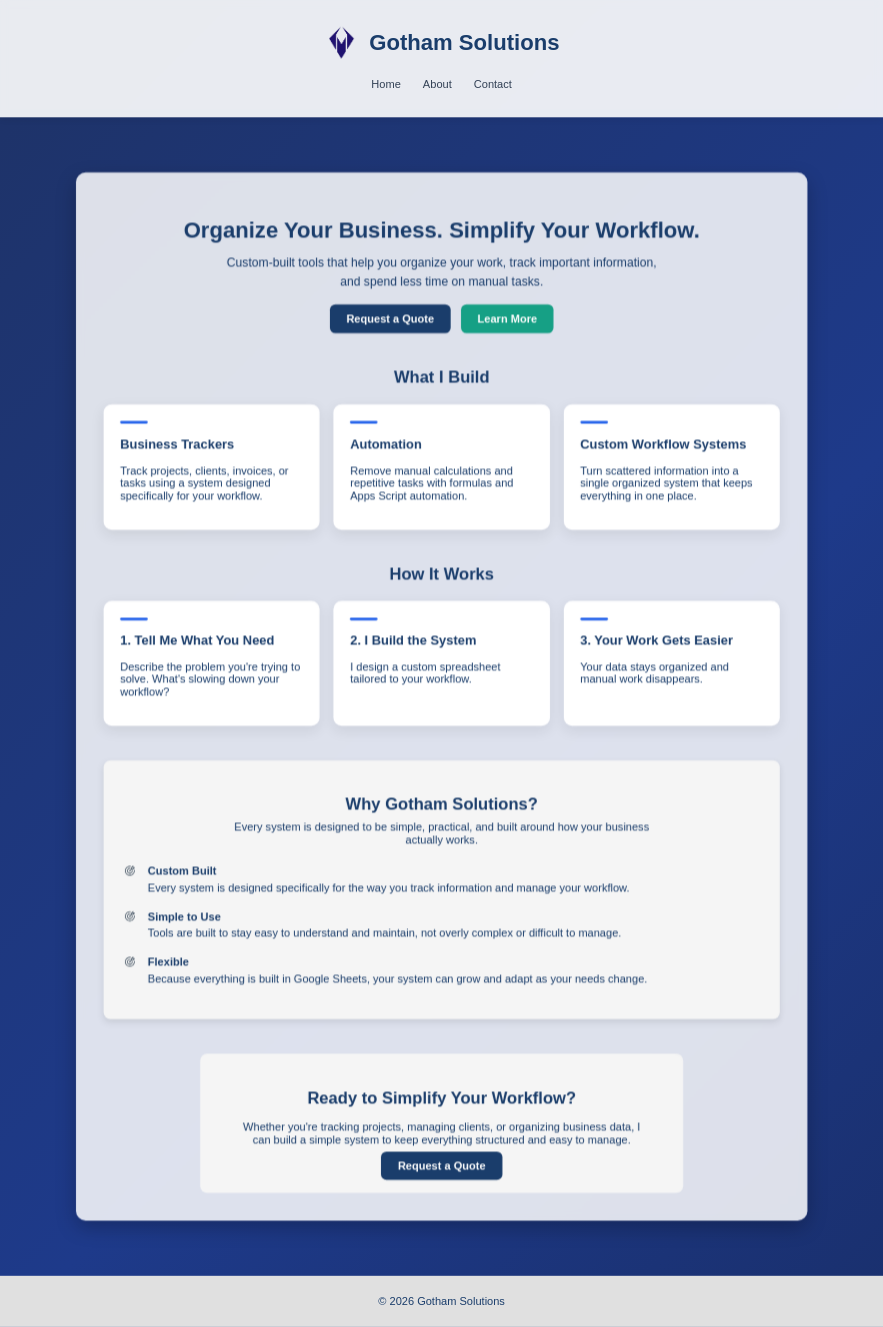
Repository: kmm569/gothamsolutions
Page: index.html
These files come from the project's save history. The page is drawn as it stood at one moment and after the next save; the edit follows.
The browser window is 1280 px wide. The pictures show the whole page, at 69% of full size.

Above is the page before, as saved 2026-03-08 03:23:39.

### index.html
<!DOCTYPE html>
<html lang="en">

<head>

<meta charset="UTF-8">
<meta name="viewport" content="width=device-width, initial-scale=1.0">

<title>Gotham Solutions</title>

<link rel="stylesheet" href="styles.css">
<link rel="icon" href="./icons/favicon.ico">
</head>

<body>

<header>

	<div class="logo-container">
		<img src="LogoSolo.png" alt="Gotham Solutions Logo" class="logo">
		<h1>Gotham Solutions</h1>
	</div>

	<nav>
		<ul>
			<li><a href="index.html" class="nav-link">Home</a></li>
			<li><a href="about.html" class="nav-link">About</a></li>
			<li><a href="contact.html" class="nav-link">Contact</a></li>
		</ul>
	</nav>

</header>

<main>
<div class="content-wrapper">
<section class="hero">

	<h2>Organize Your Business. Simplify Your Workflow.</h2>

	<p class="hero-text">
	Custom-built tools that help you organize your work, track important information, and spend less time on manual tasks.
	</p>

	<div class="hero-buttons">

		<a href="contact.html" class="button-primary">
			Request a Quote
		</a>

		<a href="about.html" class="button-secondary">
			Learn More
		</a>

	</div>

</section>


<section class="services">

	<h2>What I Build</h2>

	<div class="service-grid">

		<div class="service-card">
			<h3>Business Trackers</h3>
			<p>
			Track projects, clients, invoices, or tasks using a system designed specifically for your workflow.
			</p>
		</div>

		<div class="service-card">
			<h3>Automation</h3>
			<p>
			Remove manual calculations and repetitive tasks with formulas and Apps Script automation.
			</p>
		</div>

		<div class="service-card">
			<h3>Custom Workflow Systems</h3>
			<p>
			Turn scattered information into a single organized system that keeps everything in one place.
			</p>
		</div>

	</div>

</section>


<section class="process">

	<h2>How It Works</h2>

	<div class="process-grid">

		<div class="process-step">
			<h3>1. Tell Me What You Need</h3>
			<p>
			Describe the problem you're trying to solve. What's slowing down your workflow?
			</p>
		</div>

		<div class="process-step">
			<h3>2. I Build the System</h3>
			<p>
			I design a custom spreadsheet tailored to your workflow.
			</p>
		</div>

		<div class="process-step">
			<h3>3. Your Work Gets Easier</h3>
			<p>
			Your data stays organized and manual work disappears.
			</p>
		</div>

	</div>

</section>

<section class="why-section">
		<h2>Why Gotham Solutions?</h2>

<p>
Every system is designed to be simple, practical, and built around how your business actually works.
</p>

<ul class="about-points">

<li>
<strong>Custom Built</strong><br>
Every system is designed specifically for the way you track information and manage your workflow.
</li>

<li>
<strong>Simple to Use</strong><br>
Tools are built to stay easy to understand and maintain, not overly complex or difficult to manage.
</li>

<li>
<strong>Flexible</strong><br>
Because everything is built in Google Sheets, your system can grow and adapt as your needs change.
</li>

</ul>
	</section>

<section class="cta">

	<h2>Ready to Simplify Your Workflow?</h2>

	<p>
	Whether you're tracking projects, managing clients, or organizing business data, I can build a simple system to keep everything structured and easy to manage.
	</p>

	<a href="contact.html" class="button-primary">
		Request a Quote
	</a>

</section>


</div>
</main>


<footer>
	<p>&copy; 2026 Gotham Solutions</p>
</footer>


<script>

const params = new URLSearchParams(window.location.search);

if (params.has("template")) {
	sessionStorage.setItem("template", params.get("template"));
}

if (params.has("source")) {
	sessionStorage.setItem("source", params.get("source"));
}

const header = document.querySelector("header");
const hero = document.querySelector(".hero");

window.addEventListener("scroll", () => {

	const trigger = hero.offsetTop + hero.offsetHeight - 120;

	if (window.scrollY > trigger) {
		header.classList.add("scrolled");
	} else {
		header.classList.remove("scrolled");
	}

});
</script>
</body>
</html>

### styles.css
*,
*::before,
*::after{
	box-sizing:border-box;
}

body{
	background:#ffffff;
	color:#1A3D6B;
	font-family:Arial, sans-serif;
	margin:0;
	padding:0;
	display:flex;
	flex-direction:column;
	min-height:100vh;
}

header{
	position:sticky;
	top:0;
	z-index:100;

	transition:padding 0.25s ease;
}

/* logo animation */
.logo-container{
	overflow:hidden;
	transition:
		max-height 0.25s ease,
		opacity 0.2s ease,
		transform 0.25s ease;
}

/* default visible logo height */
.logo-container{
	max-height:120px;
}

/* compact header when scrolling */
header.scrolled{
	padding:10px 20px;
	box-shadow:0 6px 18px rgba(0,0,0,0.15);
}

/* hide logo smoothly */
header.scrolled .logo-container{
	max-height:0;
	opacity:0;
	transform:translateY(-10px);
}

header{
	display:flex;
	flex-direction:column;
	align-items:center;

	padding:22px 20px;

	background:rgba(255,255,255,0.9);
	backdrop-filter:blur(6px);

	box-shadow:0 2px 10px rgba(0,0,0,0.08);
}
@media (max-width:600px){

	header{
		padding:16px 12px;
	}

}

.logo-container{
	display:flex;
	align-items:center;
	gap:14px;
}

.logo{
	height:52px;
}

nav ul{
	display:flex;
	gap:32px;

	list-style:none;
	padding:0;
	margin-top:12px;
}

.nav-link{
	text-decoration:none;

	color:#334155;
	font-weight:500;

	position:relative;

	transition:color 0.2s ease;
}

.nav-link:hover{
	color:#2563eb;
}

.nav-link::after{
	content:"";

	position:absolute;
	left:0;
	bottom:-4px;

	width:0;
	height:2px;

	background:#2563eb;

	transition:width 0.2s ease;
}

.nav-link:hover::after{
	width:100%;
}

main{
	flex:1;
	padding:40px 20px;
	width:100%;
	max-width:1100px;
	margin:0 auto;
}


/* HERO */

.hero{
	text-align:center;
	margin-bottom:50px;
}

.hero h2{
	font-size:2em;
	margin-bottom:15px;
}

.hero-text{
	max-width:650px;
	margin:auto;
	font-size:1.1em;
	line-height:1.5;
}

@media (max-width:600px){

	.hero-text{
		max-width:100%;
		padding:0 6px;
	}

}

.hero-buttons{
	margin-top:20px;
	display:flex;
	gap:15px;
	justify-content:center;
	flex-wrap:wrap;
}


/* BUTTONS */

.button-primary{
	background:#1A3D6B;
	color:white;
	padding:12px 24px;
	border-radius:8px;
	text-decoration:none;
	font-weight:bold;
}

.button-secondary{
	background:#16A085;
	color:white;
	padding:12px 24px;
	border-radius:8px;
	text-decoration:none;
	font-weight:bold;
}

@media (max-width:600px){

	.button-primary,
	.button-secondary{
		padding:10px 18px;
		font-size:0.95em;
	}

}


/* SERVICES */

.services{
	margin-bottom:50px;
}

.services h2{
	text-align:center;
	margin-bottom:25px;
}

.service-grid{
	display:grid;
	grid-template-columns:repeat(auto-fit,minmax(220px,1fr));
	gap:20px;
}

@media (max-width:600px){

	.service-grid{
		grid-template-columns:1fr;
		gap:18px;
	}

}

.service-card{
	background:#F5F5F5;
	padding:20px;
	border-radius:10px;
	box-shadow:0 4px 10px rgba(0,0,0,0.1);
}


/* PROCESS */

.process{
	margin-bottom:20px;
}

.process h2{
	text-align:center;
	margin-bottom:25px;
}

.process-grid{
	display:grid;
	grid-template-columns:repeat(auto-fit,minmax(220px,1fr));
	gap:20px;
}

.process-step{
	background:#F5F5F5;
	padding:20px;
	border-radius:10px;
	box-shadow:0 4px 10px rgba(0,0,0,0.1);
}


/* CTA */

.cta{
	text-align:center;
	background:#F5F5F5;
	padding:30px;
	border-radius:10px;
	max-width:700px;
	margin:0 auto;
}


.cta p{
	max-width:600px;
	margin:10px auto 20px auto;
}




/* FORM */

.contact-section{
	max-width:900px;
	margin:60px auto;
	padding:0 20px;
}

.form-card{
	background:#F5F5F5;
	padding:30px;
	border-radius:10px;
	box-shadow:0 6px 14px rgba(0,0,0,0.15);

	width:100%;
	max-width:900px;

	margin:0 auto;
}

.form-card form{
	width:100%;
}

form{
	display:flex;
	flex-direction:column;
	gap:14px;
}

input,
select,
textarea{
	width:100%;
	padding:14px;
	font-size:15px;
}

.submit-button{
	margin-top:10px;
	padding:12px;
	border:none;
	background:#1A3D6B;
	color:white;
	font-weight:bold;
	border-radius:8px;
	cursor:pointer;
}

.submit-button:hover{
	background:#163457;
}

input,
select,
textarea{
	width:100%;
	padding:12px;
	border-radius:6px;
	border:1px solid #ccc;
	font-size:14px;
	box-sizing:border-box;
}

/* WHY SECTION */

.why-section{
	margin:50px 0;
	background:#F5F5F5;
	padding:30px;
	border-radius:10px;
	box-shadow:0 4px 10px rgba(0,0,0,0.1);
}

.why-section h2{
	text-align:center;
	margin-bottom:10px;
}

.why-section > p{
	text-align:center;
	max-width:650px;
	margin:0 auto 25px auto;
}

footer{
	background:#E0E0E0;
	padding:12px;
	text-align:center;
}

/* WHY GOTHAM SOLUTIONS LIST */

.about-points{
	list-style:none;
	padding:0;
	margin-top:20px;

	display:flex;
	flex-direction:column;
	gap:18px;
}

.about-points li{
	position:relative;
	padding-left:34px;
	line-height:1.5;
}

.about-points li::before{
	content:"";

	position:absolute;
	left:0;
	top:3px;

	width:16px;
	height:16px;

	background-color:#2C3E50;

	mask:url("/icons/target.svg") no-repeat center;
	mask-size:contain;

	-webkit-mask:url("/icons/target.svg") no-repeat center;
	-webkit-mask-size:contain;
}

body{
	background: linear-gradient(
		-45deg,
		#0f172a,
		#1e3a8a,
		#1e293b,
		#2563eb
	);

	background-size: 400% 400%;
	animation: gradientShift 15s ease infinite;

	min-height:100vh;
}

@keyframes gradientShift{
	0%{
		background-position:0% 50%;
	}
	50%{
		background-position:100% 50%;
	}
	100%{
		background-position:0% 50%;
	}
}

.content-wrapper{
	max-width:1100px;
	margin:40px auto;
	padding:40px;

	background:rgba(255,255,255,0.85);

	border-radius:14px;

	box-shadow:0 10px 30px rgba(0,0,0,0.25);

	backdrop-filter:blur(6px);
}

.service-card,
.process-step{
	background:#ffffff;
	border-radius:12px;

	padding:24px;

	box-shadow:0 6px 18px rgba(0,0,0,0.08);

	transition:
		transform 0.2s ease,
		box-shadow 0.2s ease;
}

.service-card:hover,
.process-step:hover{
	transform:translateY(-6px);

	box-shadow:0 14px 32px rgba(0,0,0,0.15);
}

.service-card::before,
.process-step::before{
	content:"";
	display:block;

	height:4px;
	width:40px;

	background:#2563eb;

	border-radius:4px;

	margin-bottom:12px;
}

### icons/target.svg
<svg viewBox="0 0 2048 2048" xmlns="http://www.w3.org/2000/svg">
<path d="M1024 640q-80 0-149 30t-122 82-83 123-30 149q0 80 30 149t82 122 122 83 150 30q79 0 149-30t122-82 83-122 30-150q0-64-22-128h134q8 32 12 64t4 64q0 106-40 199t-110 162-163 110-199 41q-106 0-199-40t-162-110-110-163-40-199q0-106 40-199t109-162 163-110 199-41q32 0 64 4t64 12v134q-64-22-128-22zm866 155q30 113 30 229 0 123-32 237t-90 214-141 182-181 140-214 91-238 32q-123 0-237-32t-214-90-182-141-140-181-91-214-32-238q0-123 32-237t90-214 141-182 181-140 214-91 238-32q116 0 229 30l-101 101v8q-32-5-64-8t-64-3q-106 0-204 27t-183 78-156 120-120 155-77 184-28 204q0 106 27 204t78 183 120 156 155 120 184 77 204 28q106 0 204-27t183-78 156-120 120-155 77-184 28-204q0-32-3-64t-8-64h8l101-101zm-610-118V390L1664 6v378h378l-384 384h-287l-223 223q4 15 4 33 0 27-10 50t-27 40-41 28-50 10q-27 0-50-10t-40-27-28-41-10-50q0-27 10-50t27-40 41-28 50-10q18 0 33 4l223-223zm128-37h197l128-128h-197V315l-128 128v197z"/>
</svg>

After the next save:
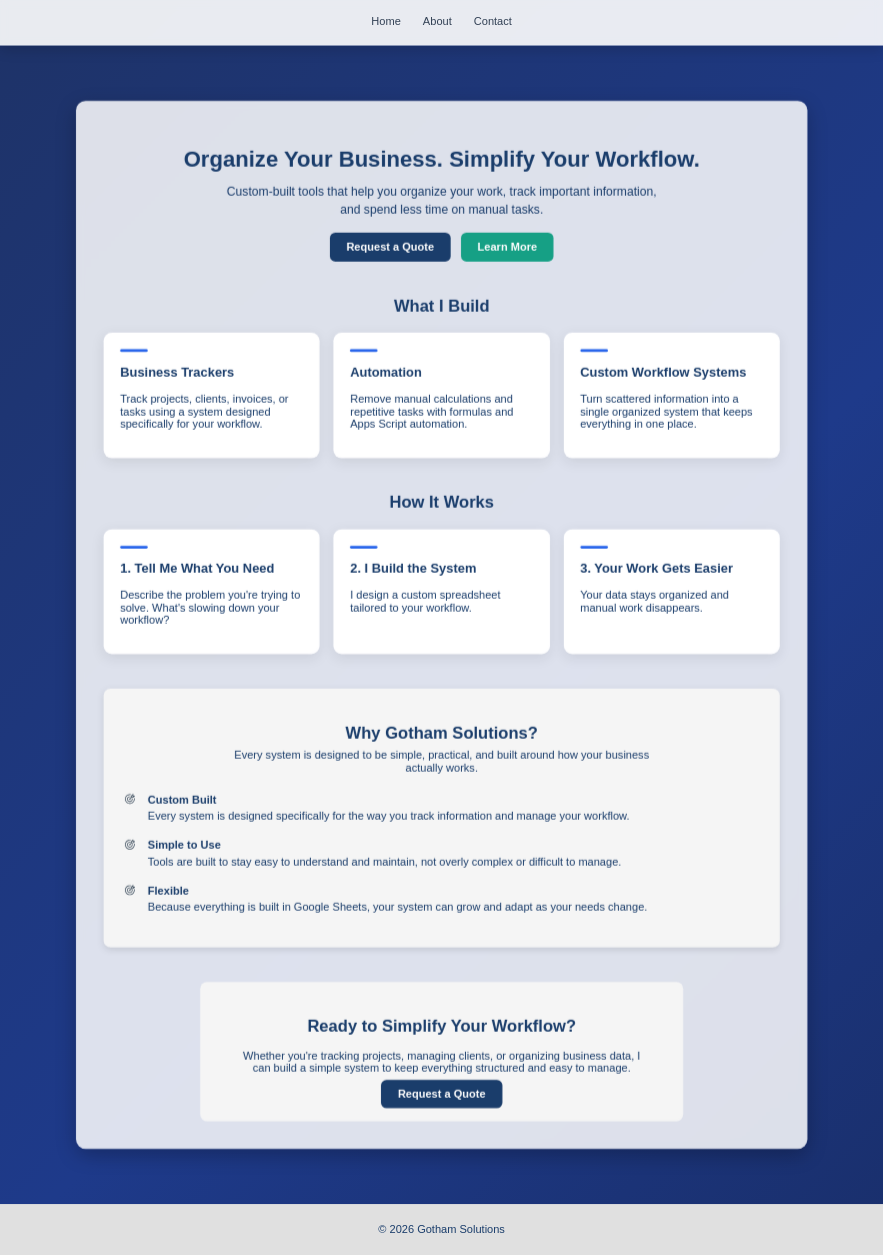
Saved 109 s later.
--- a/index.html
+++ b/index.html
@@ -185,14 +185,23 @@ if (params.has("source")) {
 const header = document.querySelector("header");
 const hero = document.querySelector(".hero");
 
+let isShrunk = false;
+
 window.addEventListener("scroll", () => {
 
-	const trigger = hero.offsetTop + hero.offsetHeight - 120;
-
-	if (window.scrollY > trigger) {
+	const heroBottom = hero.offsetTop + hero.offsetHeight;
+
+	const shrinkPoint = heroBottom - 120;
+	const expandPoint = heroBottom - 260; // buffer
+
+	if (!isShrunk && window.scrollY > shrinkPoint) {
 		header.classList.add("scrolled");
-	} else {
+		isShrunk = true;
+	}
+
+	if (isShrunk && window.scrollY < expandPoint) {
 		header.classList.remove("scrolled");
+		isShrunk = false;
 	}
 
 });

After the save that followed:
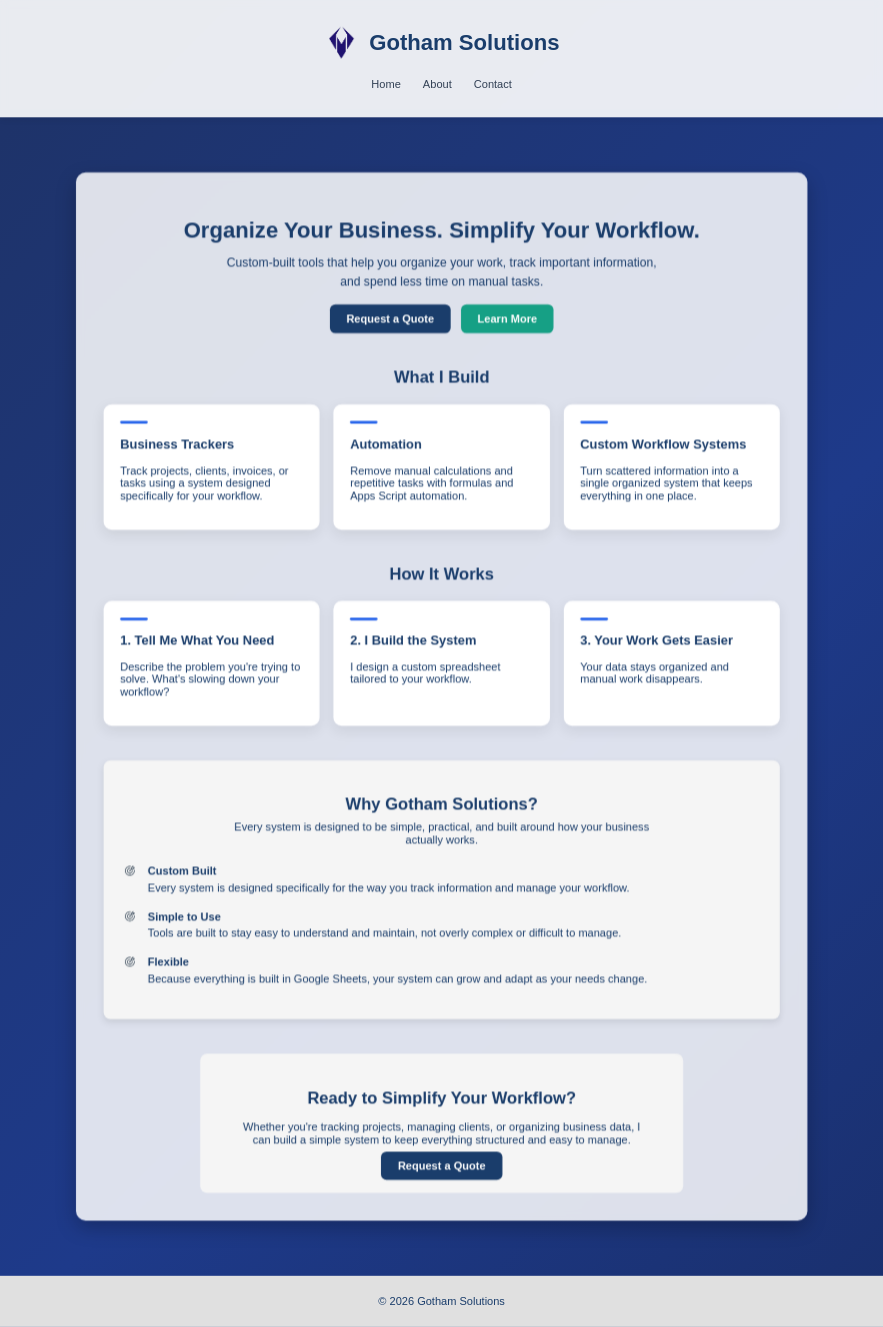
Saved 39 s later.
--- a/index.html
+++ b/index.html
@@ -187,19 +187,22 @@ const hero = document.querySelector(".hero");
 
 let isShrunk = false;
 
+// calculate positions once
+const heroBottom = hero.offsetTop + hero.offsetHeight;
+
+const shrinkPoint = heroBottom - 100;
+const expandPoint = heroBottom - 220; // buffer
+
 window.addEventListener("scroll", () => {
 
-	const heroBottom = hero.offsetTop + hero.offsetHeight;
-
-	const shrinkPoint = heroBottom - 120;
-	const expandPoint = heroBottom - 260; // buffer
-
-	if (!isShrunk && window.scrollY > shrinkPoint) {
+	const scroll = window.scrollY;
+
+	if (!isShrunk && scroll > shrinkPoint) {
 		header.classList.add("scrolled");
 		isShrunk = true;
 	}
 
-	if (isShrunk && window.scrollY < expandPoint) {
+	if (isShrunk && scroll < expandPoint) {
 		header.classList.remove("scrolled");
 		isShrunk = false;
 	}
